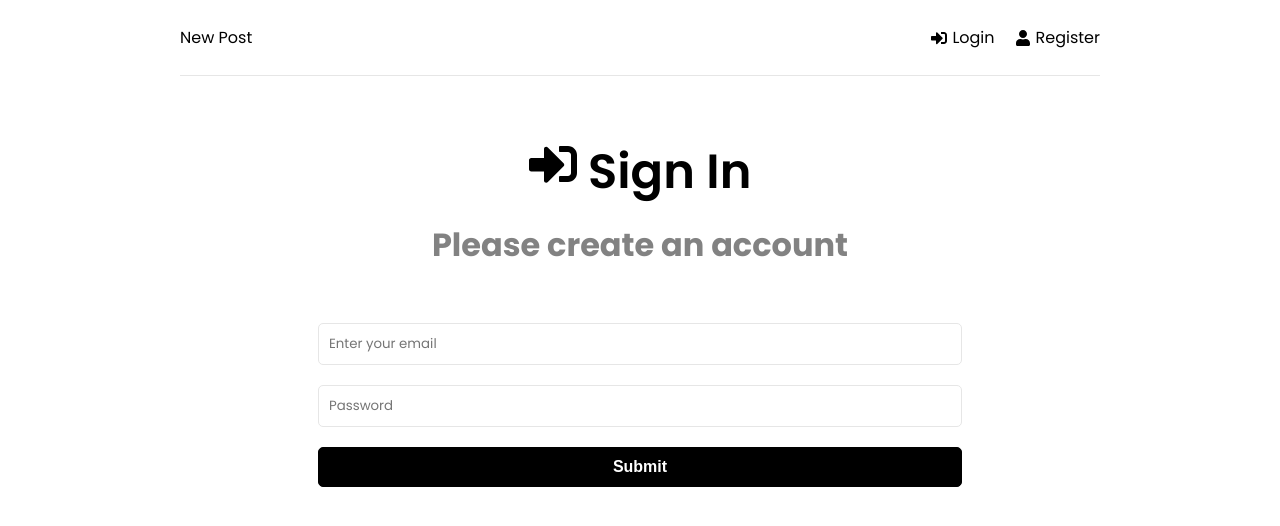
Repository: OdellPurifoy/geek_speek
Page: /login (app in frontend/)
The author's editor kept a copy of each file at every save. The page is drawn from the files as they stood at one save, then again after the next save.
The browser window is 1280 px wide. The pictures show the whole page.
The project was rebuilt for these pictures with package versions that can differ from the ones it lists, and the page was loaded fresh each time. Also part of the build but not shown: frontend/src/pages/Dashboard.jsx, frontend/src/pages/Register.jsx.

Above is the page before, as saved 2022-07-06 16:32:58.

### frontend/src/App.js
import { BrowserRouter as Router, Routes, Route } from "react-router-dom";
import Header from "./app/components/Header";
import Dashboard from "./pages/Dashboard";
import Login from "./pages/Login";
import Register from "./pages/Register";

function App() {
  return (
    <>
      <Router>
        <div className="container">
          <Header />
          <Routes>
            <Route path='/' element={<Dashboard />} />
            <Route path='/login' element={<Login />} />
            <Route path='/register' element={<Register />} />
          </Routes>
        </div>
      </Router>
    </>
  );
}

export default App;

### frontend/src/app/components/Header.jsx
import { FaSignInAlt, FaSignOutAlt, FaUser } from "react-icons/fa";
import { Link } from "react-router-dom";

function Header() {
  return (
    <header className="header">
        <div className="logo">
            <Link to='/'>New Post</Link>
        </div>
        <ul>
            <li>
                <Link to='/login'>
                    <FaSignInAlt /> Login
                </Link>
            </li>
            <li>
                <Link to='/register'>
                    <FaUser /> Register
                </Link>
            </li>
        </ul>
    </header>
  )
}

export default Header

### frontend/src/pages/Login.jsx
import { useState, useEffect } from "react";
import { FaSignInAlt } from "react-icons/fa";


function Login() {
  const [formData, setFormData] = useState({
    email: '',
    password: '',
  })

  const { email, password } = formData

  const onChange = (e) => {
    setFormData((prevState) => ({
      ...prevState,
      [e.target.name]: e.target.value,
    }))
  }

  const onSubmit = (e) => {
    e.preventDefault()
  }

  return (
    <>
      <section className="heading">
        <h1>
          <FaSignInAlt /> Sign In
        </h1>
        <p>Please create an account</p>
      </section>

      <section className="form">
        <form onSubmit={onSubmit}>
          <div className="form-group">
            <input type="email" className="form-control" id="email" name="email" value={email} placeholder="Enter your email" onChange={onChange}/>
          </div>
          <div className="form-group">
            <input type="password" className="form-control" id="password" name="password" value={password} placeholder="Password" onChange={onChange}/>
          </div>
          <div className="form-group">
            <button type="submit" className="btn btn-block">Submit</button>
          </div>
        </form>
      </section>
    </>
  )
}

export default Login

Loaded but not shown: frontend/public/index.html (common file); frontend/src/index.js (common file); frontend/src/app/store.js (common file); frontend/src/reportWebVitals.js (common file); frontend/src/index.css (common file)

After the next save:
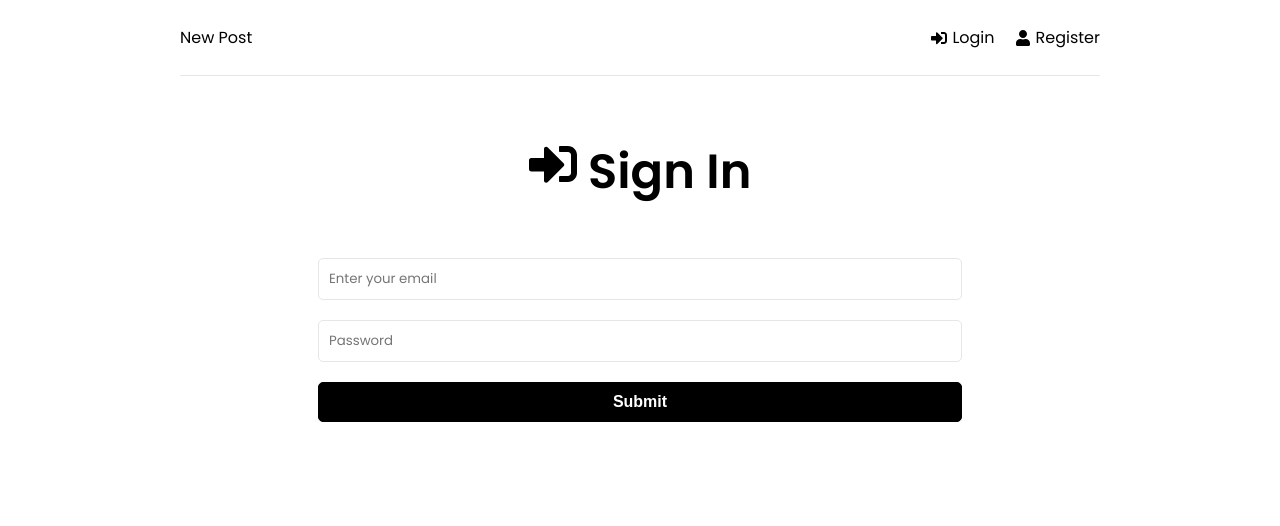
Saved 11 s later.
--- a/frontend/src/pages/Login.jsx
+++ b/frontend/src/pages/Login.jsx
@@ -27,7 +27,6 @@ function Login() {
         <h1>
           <FaSignInAlt /> Sign In
         </h1>
-        <p>Please create an account</p>
       </section>
 
       <section className="form">
